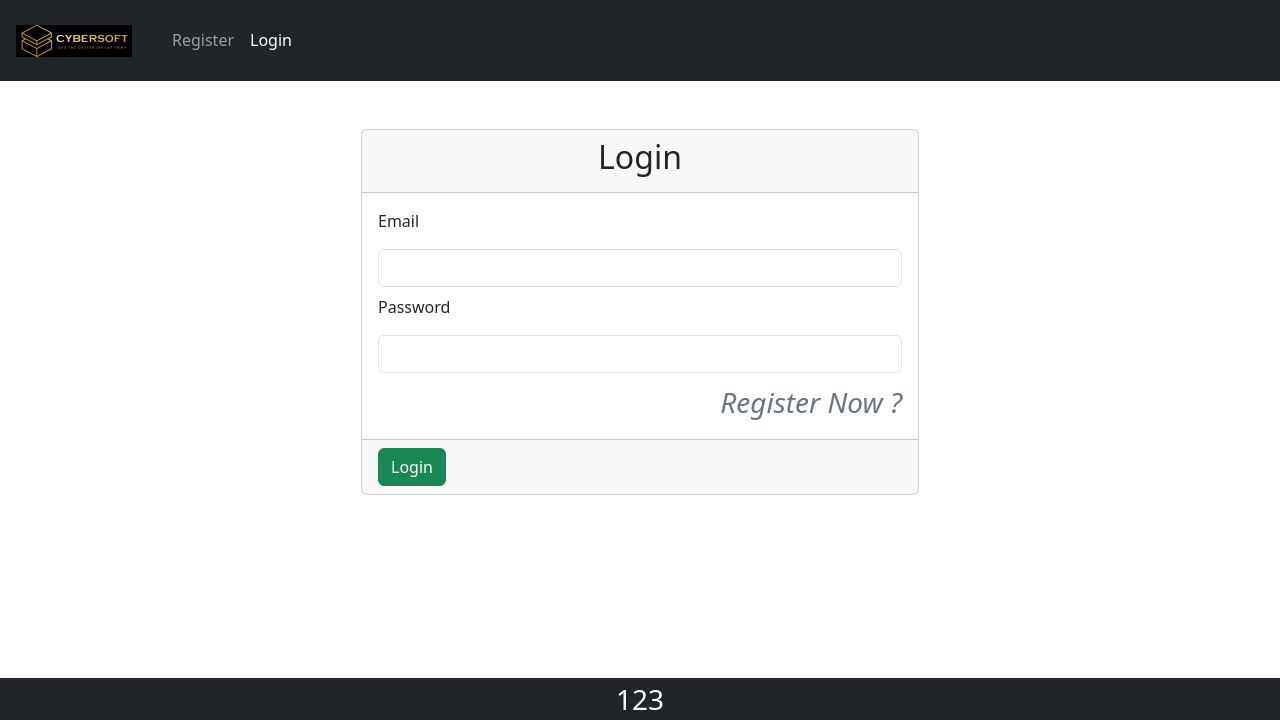
Repository: KhoiNguyen77/react-capstone
Page: /login
An editor plug-in stored every save of this project. The page is shown before and after the next save, followed by the edit.
The browser window is 1280 px wide. The pictures show the whole page.
The project was rebuilt for these pictures with package versions that can differ from the ones it lists, and the page was loaded fresh each time. Also part of the build but not shown: src/util/config.jsx, src/Redux/Reducer/userReducer.jsx, src/pages/Register.jsx.

Above is the page before, as saved 2023-06-15 16:06:05.

After the next save:
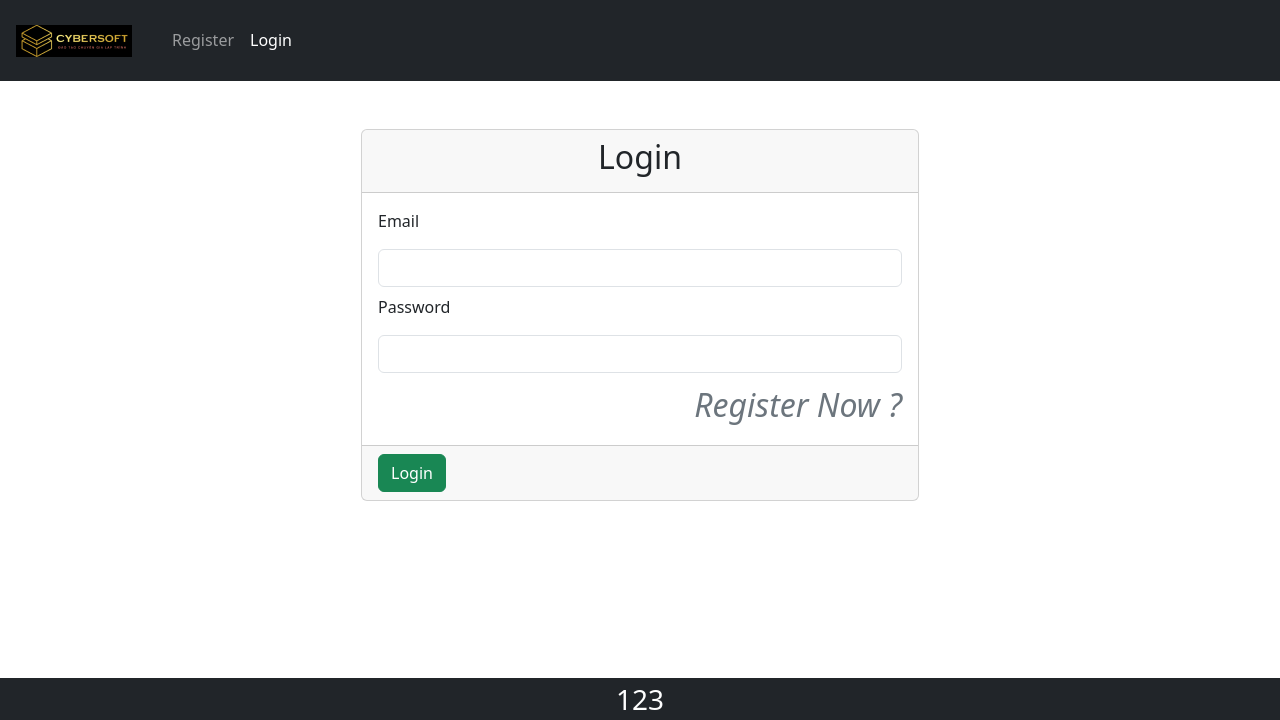
Saved 4 s later.
--- a/src/pages/Login.jsx
+++ b/src/pages/Login.jsx
@@ -20,7 +20,7 @@
                         </div>
                     </div>
                     <div className="row text-end">
-                        <NavLink to={"/register"} className={'link-secondary link-offset-2 link-underline-opacity-0 link-underline-opacity-100-hover fst-italic fs-3'}>Register Now ?</NavLink>
+                        <NavLink to={"/register"} className={'link-secondary link-offset-2 link-underline-opacity-0 link-underline-opacity-100-hover fst-italic fs-2'}>Register Now ?</NavLink>
                     </div>
                 </div>
                 <div className="card-footer">
